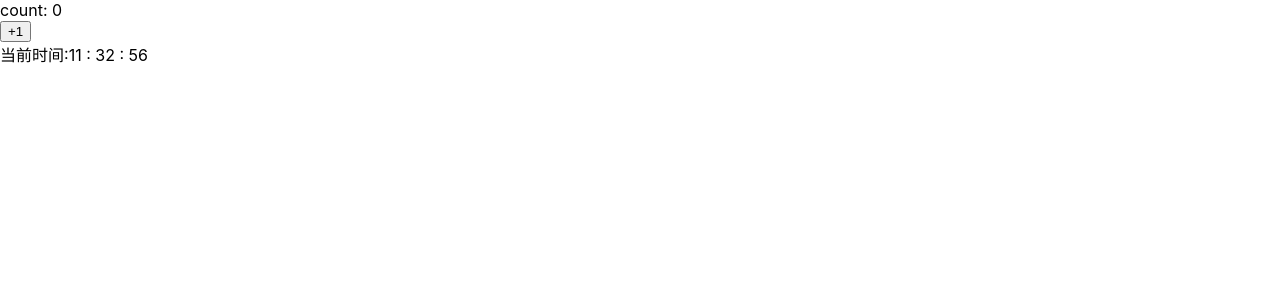
Repository: AprilChou4/cra-demo
Page: / (app in demo7-react生命周期/)
An editor plug-in stored every save of this project. The page is shown before and after the next save, followed by the edit.
The browser window is 1280 px wide. The pictures show the whole page.
The project was rebuilt for these pictures with package versions that can differ from the ones it lists, and the page was loaded fresh each time.

Above is the page before, as saved 2021-02-25 17:04:13.

After the next save:
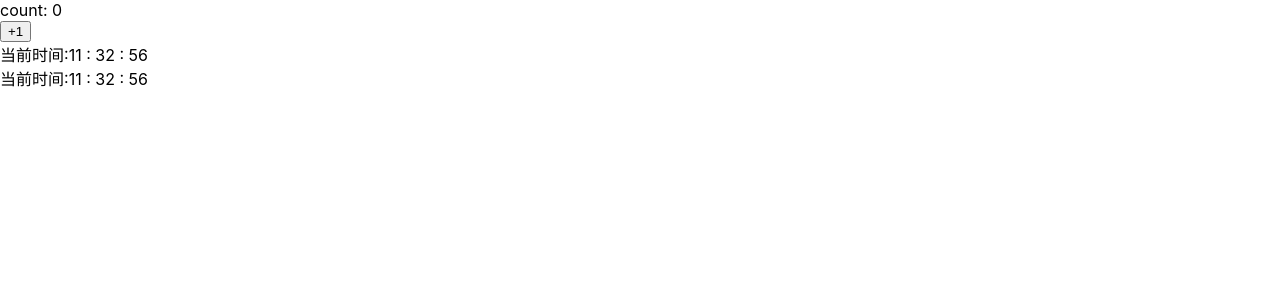
Saved 11 s later.
--- a/demo7-react生命周期/src/component/ReactMemo/index.jsx
+++ b/demo7-react生命周期/src/component/ReactMemo/index.jsx
@@ -8,7 +8,7 @@ const Child = () => {
         当前时间:{date.getHours()} : {date.getMinutes()} : {date.getSeconds()}
       </div>
     )
-  }
+  };
 const Child1 = memo(() => {
     const date = new Date()
 
@@ -29,6 +29,7 @@ const Parent = () => {
         setCount(count + 1)
       }}>+1</button>
       <Child />
+      <Child1/>
     </div>
   )
 }
